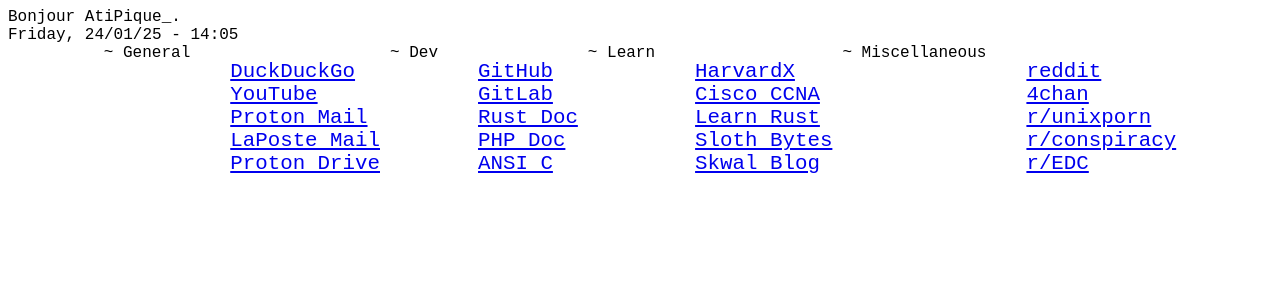
Repository: AtiPiquee/HyprDots
Page: Dev/mystartpage/index.html
An editor plug-in stored every save of this project. The page is shown before and after the next save, followed by the edit.
The browser window is 1280 px wide. The pictures show the whole page.
Some web fonts or font styles are not loaded; a fallback is used.

Above is the page before, as saved 2025-02-14 04:12:32.

### Dev/mystartpage/index.html
<!doctype html>
<html lang="en">
  <head>
    <title>~/startpage 💫</title>
    <meta charset="UTF-8" />
    <meta name="viewport" content="width=device-width, initial-scale=1" />
    <link href="assets/css/style.css" rel="stylesheet"/>
  </head>

  <body class="atipique_">
    <div id="text">
      <div id="greeting">Bonjour AtiPique_.</div>
      <div id="date"></div>

      <div id="urls" class="urls">
        <div class="url">
          <div class="header">~ General</div>
          <ul>
            <li><a href="https://duck.com">DuckDuckGo</a></li>
            <li><a href="https://youtube.com">YouTube</a></li>
            <li><a href="https://mail.proton.me/u/2/inbox">Proton Mail</a></li>
            <li><a href="https://web-mail.laposte.net/main.html#welcome">LaPoste Mail</a></li>
            <li><a href="https://drive.proton.me">Proton Drive</a></li>
          </ul>
        </div>
        <div class="url">
          <div class="header">~ Dev</div>
          <ul>
            <li><a href="https://github.com/Fxzzi?tab=repositories">GitHub</a></li>
            <li><a href="https://gitlab.com/dashboard/projects">GitLab</a></li>
            <li><a href="https://doc.rust-lang.org/rust-by-example/index.html">Rust Doc</a></li>
            <li><a href="https://www.php.net/docs.php">PHP Doc</a></li>
            <li><a href="https://venkivasamsetti.github.io/ebookworm.github.io/Books/cse/C%20Programming%20Language%20(2nd%20Edition).pdf">ANSI C</a></li>
          </ul>
        </div>
        <div class="url">
          <div class="header">~ Learn</div>
          <ul>
            <li><a href="https://www.edx.org/school/harvardx">HarvardX</a></li>
            <li><a href="https://www.cisco.com/site/us/en/learn/training-certifications/certifications/enterprise/ccna/index.html#tabs-7edb32179e-item-d43da2dc1e-tab">Cisco CCNA</a></li>
            <li><a href="https://skwalexe.github.io/learn-rust/">Learn Rust</a></li>
            <li><a href="https://slothbytes.beehiiv.com/">Sloth Bytes</a></li>
            <li><a href="https://blog.skwal.net/">Skwal Blog</a></li>
          </ul>
        </div>
        <div class="url">
          <div class="header">~ Miscellaneous</div>
          <ul>
            <li><a href="https://reddit.com/">reddit</a></li>
            <li><a href="https://4chan.org/">4chan</a></li>
            <li><a href="https://reddit.com/r/unixporn/">r/unixporn</a></li>
            <li><a href="https://reddit.com/r/conspiracy/">r/conspiracy</a></li>
            <li><a href="https://reddit.com/r/EDC/">r/EDC</a></li>

          </ul>
        </div>
      </div>

    </div>

  </body>
  <script async src="assets/js/date.js"></script>

</html>

### Dev/mystartpage/assets/css/style.css
@font-face {
    font-family: "SpaceMono Nerd Font";
    font-display: swap;
    src:
      local("SpaceMono Nerd Font"),
      url(../fonts/SpaceMonoNF.woff2) format("woff2"),
      url(../fonts/SpaceMonoNF.woff) format("woff");
  }

body {
    color: var(--text-color);
    font-family:
      SpaceMono Nerd Font,
      monospace;
  }

.urls {
    display: flex;
    align-items: center;
    justify-content: center;
    gap: 10px;
}

.url {
    display: flex;
    flex-direction: row;
    flex-wrap: nowrap;
    justify-content: normal;
    align-items: normal;
    align-content: normal;
}

.url li {
    list-style-type: none;
    font-size: 1.3rem;
}

### Dev/mystartpage/assets/js/date.js
const dateElement = document.getElementById("date");

function showTime() {
  const date = new Date();

  const options = {
    weekday: "long",
    hour: "2-digit",
    minute: "2-digit",
    day: "2-digit",
    month: "2-digit",
    year: "2-digit",
  };


  // EN date :


  const formattedDate = date.toLocaleString("en-GB", options);
  const [dayOfWeek, dateStr, time] = formattedDate.split(", ");

  dateElement.innerHTML = `${dayOfWeek}, ${dateStr} - ${time}`;


  // FR date :
  /*
  const formattedDate = date.toLocaleString("fr-FR", options);
  const [dayOfWeek, dateStr, time] = formattedDate.split(" ");

  */

  dateElement.innerHTML = `${dayOfWeek.replace(dayOfWeek[0], dayOfWeek[0].toUpperCase())}, ${dateStr} - ${time}`;

}

setInterval(showTime, 1000);
showTime();

After the next save:
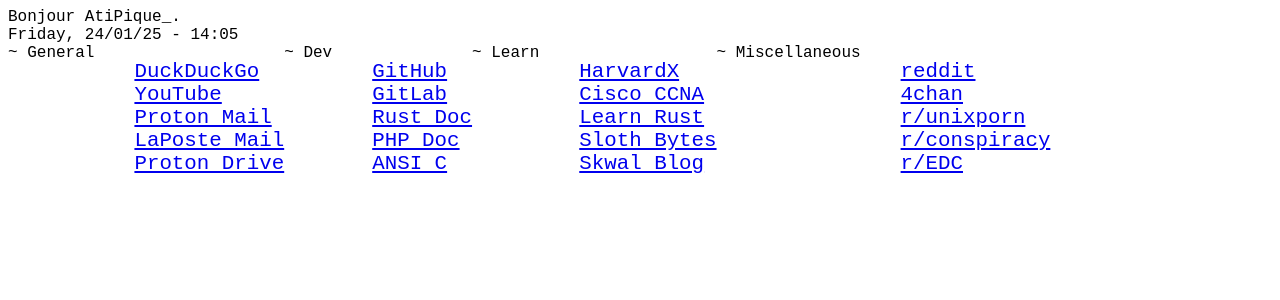
Saved 39 s later.
--- a/Dev/mystartpage/assets/css/style.css
+++ b/Dev/mystartpage/assets/css/style.css
@@ -16,9 +16,11 @@
 
 .urls {
     display: flex;
-    align-items: center;
-    justify-content: center;
-    gap: 10px;
+    flex-direction: row;
+    flex-wrap: nowrap;
+    justify-content: normal;
+    align-items: normal;
+    align-content: normal;
 }
 
 .url {
